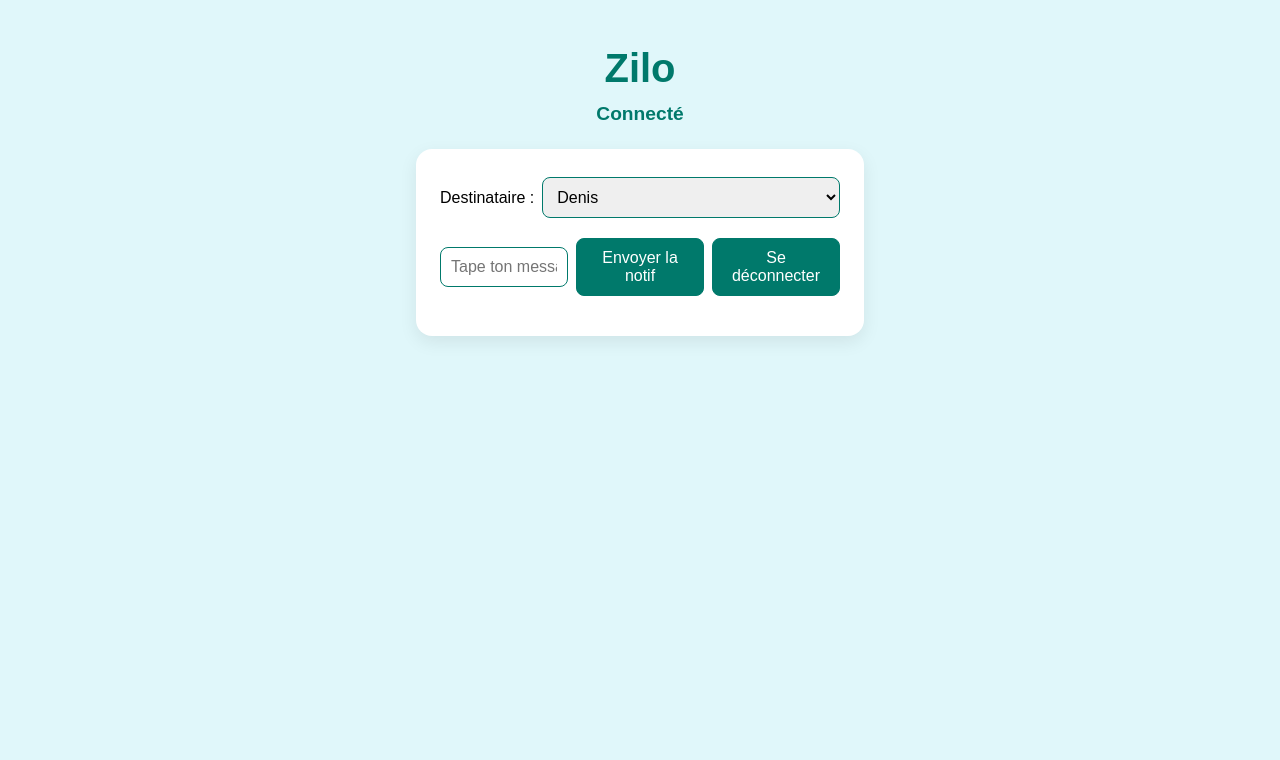
Repository: nlagardere/LumoNet
Page: public/index.html
An editor plug-in stored every save of this project. The page is shown before and after the next save, followed by the edit.
The browser window is 1280 px wide. The pictures show the whole page.

Above is the page before, as saved 2025-08-18 20:25:29.

After the next save:
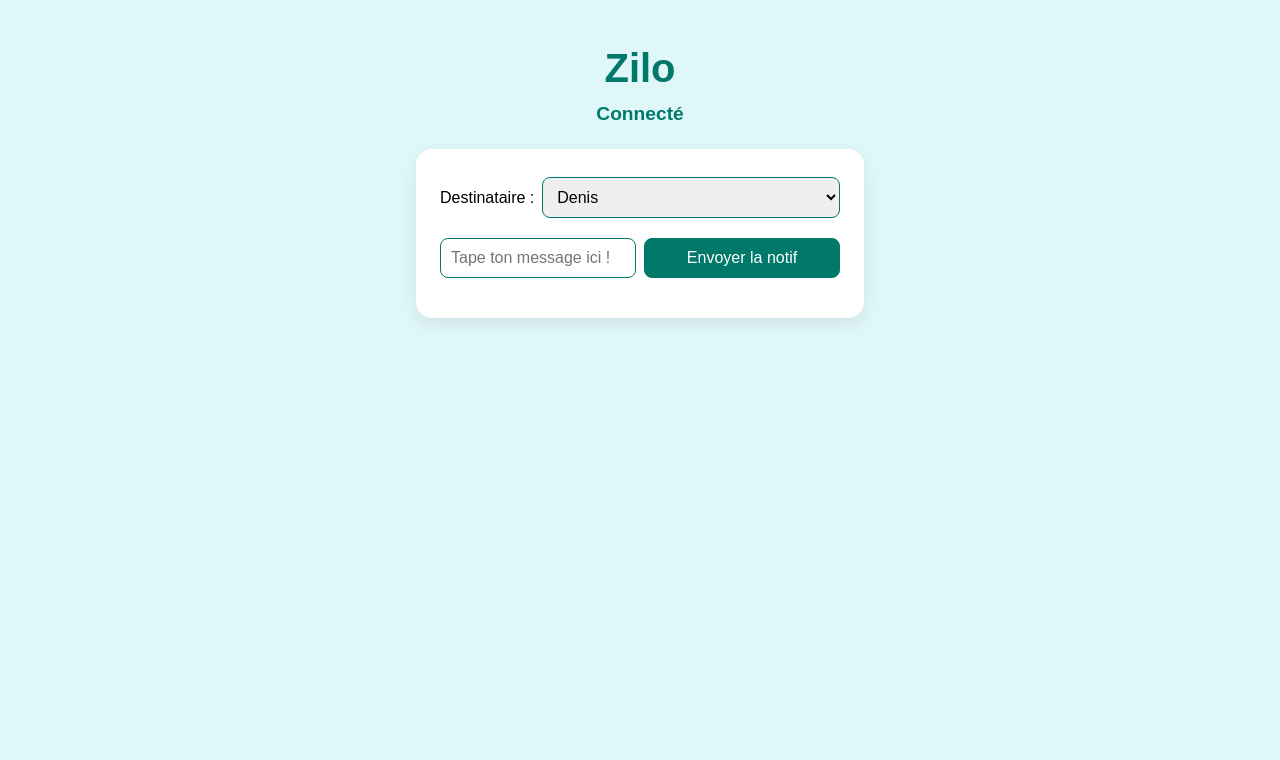
Console error: TypeError: Cannot read properties of null (reading 'addEventListener')
Saved 27 s later.
--- a/public/index.html
+++ b/public/index.html
@@ -100,7 +100,7 @@
     <div class="row">
       <input id="message" type="text" placeholder="Tape ton message ici !" />
       <button id="send">Envoyer la notif</button>
-      <button id="logout">Se déconnecter</button>
+
     </div>
   </div>
 

After the 3 saves that followed:
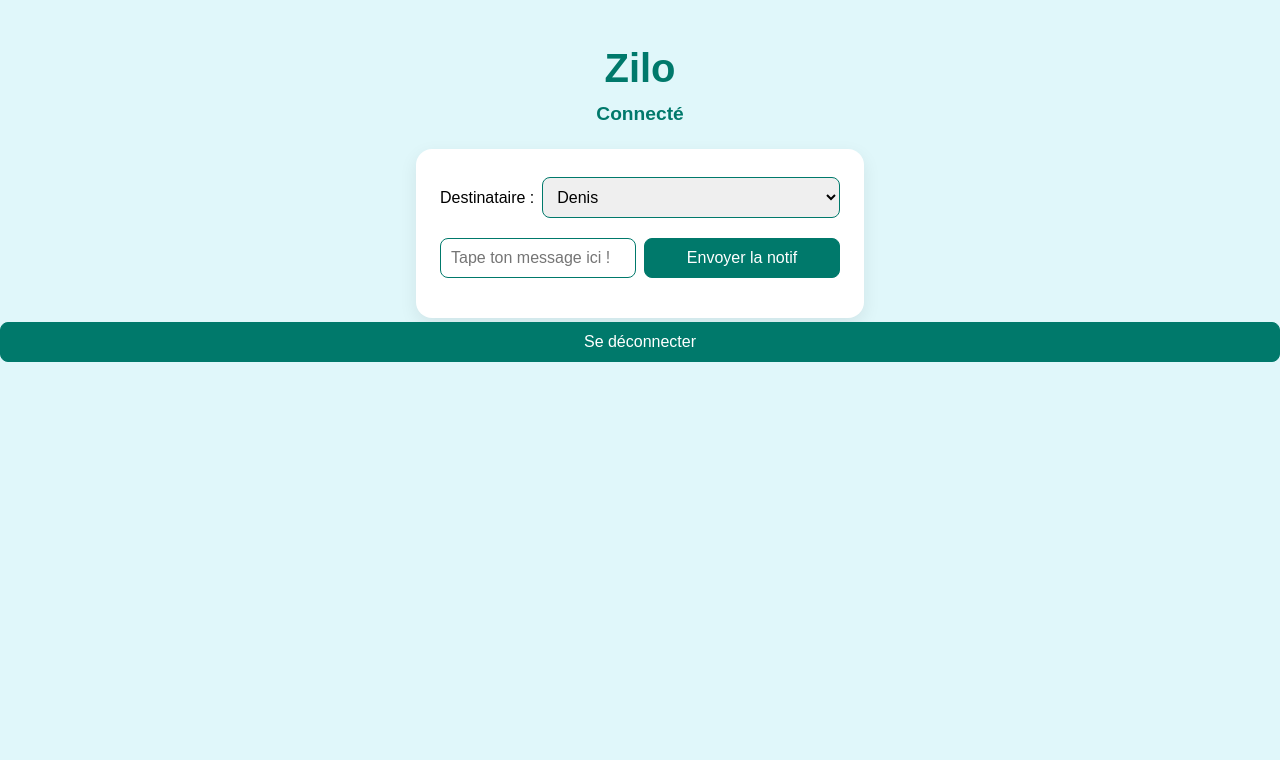
The error is gone.
The 3 saves are shown as one change because 1 left the picture as it was and some came seconds apart.
The last was saved 10 s later.
--- a/public/index.html
+++ b/public/index.html
@@ -100,9 +100,10 @@
     <div class="row">
       <input id="message" type="text" placeholder="Tape ton message ici !" />
       <button id="send">Envoyer la notif</button>
-
     </div>
   </div>
+  <div class="row">
+    <button id="logout">Se déconnecter</button>
 
   <script>
     const messageInput = document.getElementById('message');
